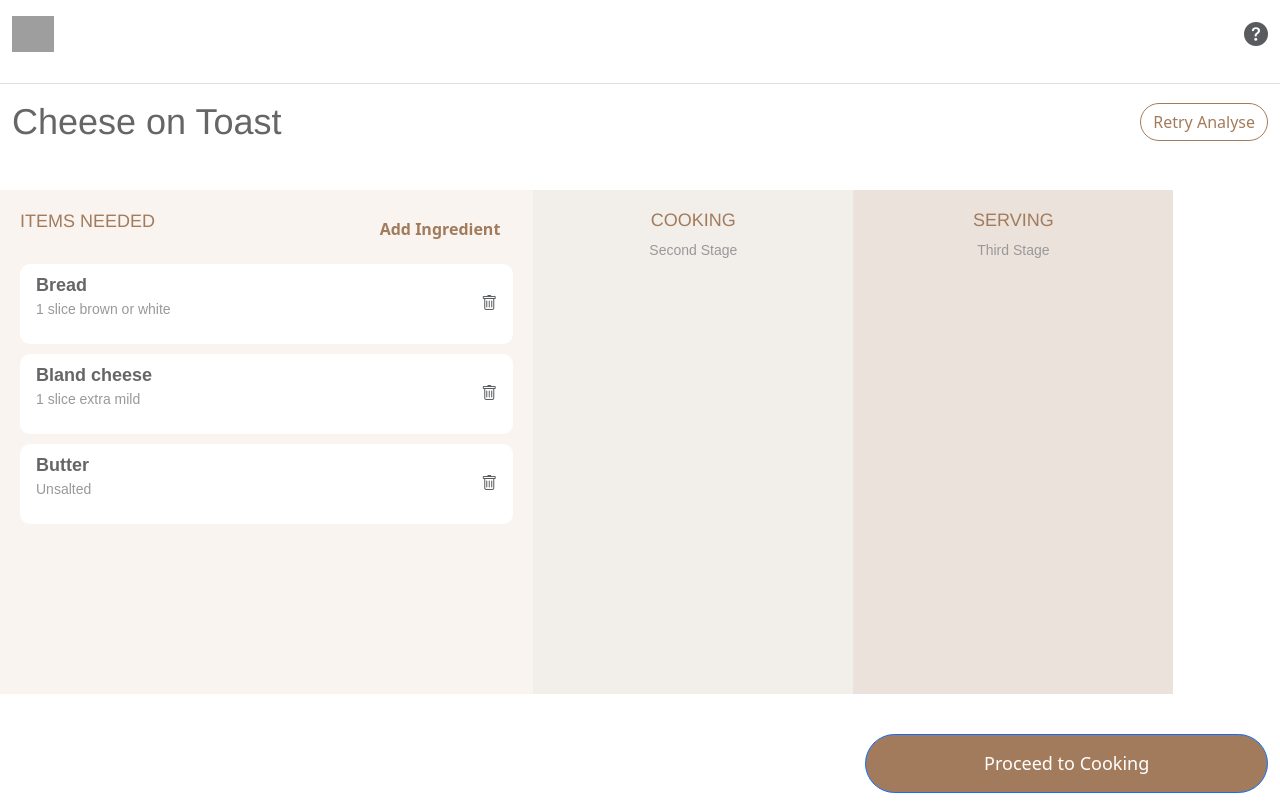
Repository: devashrisamani/SMC
Page: index.html
An editor plug-in stored every save of this project. The page is shown before and after the next save, followed by the edit.
The browser window is 1280 px wide. The pictures show the whole page.
Pictures or frames that could not be fetched are drawn as grey boxes.

Above is the page before, as saved 2024-10-09 15:38:50.

After the next save:
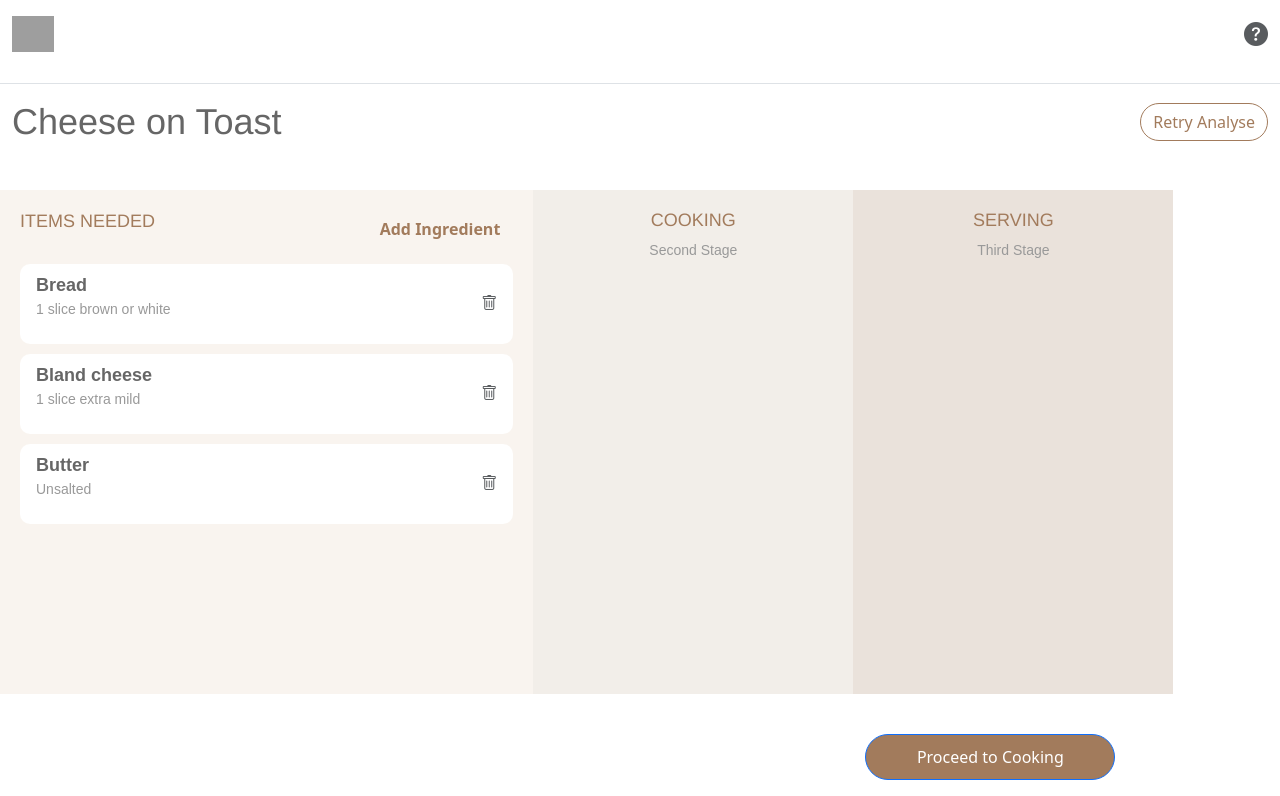
Saved 17 s later.
--- a/styles.css
+++ b/styles.css
@@ -115,9 +115,10 @@
   background-color: #a27b5c;
   color: #fff;
   border-radius: 50px;
-  font-size: 18px;
-  padding: 15px;
+  font-size: 16px;
+  padding: 10px;
   width: 100%;
+  max-width: 250px;
   margin-top: 30px;
 }
 
